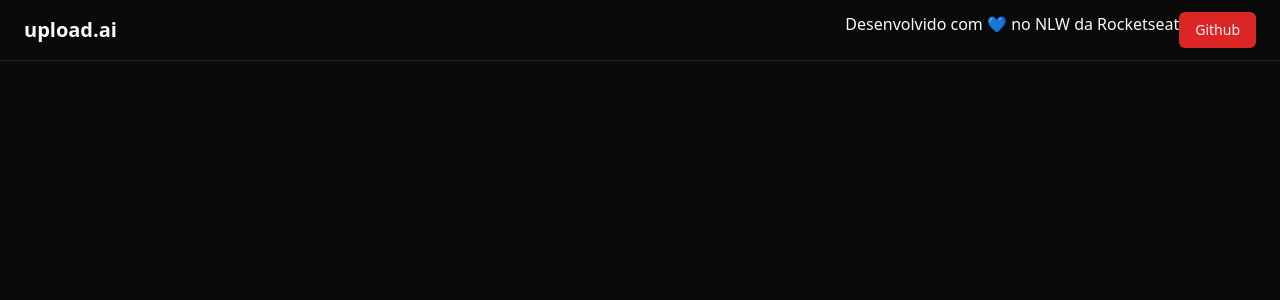
Repository: ricardolimati/upload-ai-web
Page: /
An editor plug-in stored every save of this project. The page is shown before and after a run of saves, followed by the edit.
The browser window is 1280 px wide. The pictures show the whole page.
The project was rebuilt for these pictures with package versions that can differ from the ones it lists, and the page was loaded fresh each time. Also part of the build but not shown: vite.config.ts.

Above is the page before, as saved 2023-09-11 23:08:44.

### src/App.tsx
import { Button } from "./components/ui/button";

export function App() {
  return(
   <div>
    <div className="px-6 py-3 flex items-center justify-between border-b">
      <h1 className="text-xl font-bold">upload.ai</h1>
      <div className="flex item">
        <span>Desenvolvido com 💙 no NLW da Rocketseat</span>
        <Button>Github</Button>
      </div>
    </div>
   </div>
  )
}

### src/index.css
@tailwind base;
@tailwind components;
@tailwind utilities;

@layer base {
  :root {
    --background: 0 0% 3.9%;
    --foreground: 0 0% 98%;
    --card: 0 0% 3.9%;
    --card-foreground: 0 0% 98%;
    --popover: 0 0% 3.9%;
    --popover-foreground: 0 0% 98%;
    --primary: 0 72.2% 50.6%;
    --primary-foreground: 0 85.7% 97.3%;
    --secondary: 0 0% 14.9%;
    --secondary-foreground: 0 0% 98%;
    --muted: 0 0% 14.9%;
    --muted-foreground: 0 0% 63.9%;
    --accent: 0 0% 14.9%;
    --accent-foreground: 0 0% 98%;
    --destructive: 0 62.8% 30.6%;
    --destructive-foreground: 0 0% 98%;
    --border: 0 0% 14.9%;
    --input: 0 0% 14.9%;
    --ring: 0 72.2% 50.6%;

    --radius: 0.5rem;
  }
}

@layer base {
  * {
    @apply border-border;
  }
  body {
    @apply bg-background text-foreground;
  }
}

### src/components/ui/button.tsx
import * as React from "react"
import { Slot } from "@radix-ui/react-slot"
import { cva, type VariantProps } from "class-variance-authority"

import { cn } from "@/lib/utils"

const buttonVariants = cva(
  "inline-flex items-center justify-center rounded-md text-sm font-medium transition-colors focus-visible:outline-none focus-visible:ring-1 focus-visible:ring-ring disabled:pointer-events-none disabled:opacity-50",
  {
    variants: {
      variant: {
        default:
          "bg-primary text-primary-foreground shadow hover:bg-primary/90",
        destructive:
          "bg-destructive text-destructive-foreground shadow-sm hover:bg-destructive/90",
        outline:
          "border border-input bg-transparent shadow-sm hover:bg-accent hover:text-accent-foreground",
        secondary:
          "bg-secondary text-secondary-foreground shadow-sm hover:bg-secondary/80",
        ghost: "hover:bg-accent hover:text-accent-foreground",
        link: "text-primary underline-offset-4 hover:underline",
      },
      size: {
        default: "h-9 px-4 py-2",
        sm: "h-8 rounded-md px-3 text-xs",
        lg: "h-10 rounded-md px-8",
        icon: "h-9 w-9",
      },
    },
    defaultVariants: {
      variant: "default",
      size: "default",
    },
  }
)

export interface ButtonProps
  extends React.ButtonHTMLAttributes<HTMLButtonElement>,
    VariantProps<typeof buttonVariants> {
  asChild?: boolean
}

const Button = React.forwardRef<HTMLButtonElement, ButtonProps>(
  ({ className, variant, size, asChild = false, ...props }, ref) => {
    const Comp = asChild ? Slot : "button"
    return (
      <Comp
        className={cn(buttonVariants({ variant, size, className }))}
        ref={ref}
        {...props}
      />
    )
  }
)
Button.displayName = "Button"

export { Button, buttonVariants }

Loaded but not shown: index.html (common file); src/main.tsx (common file); src/lib/utils.ts (common file); tailwind.config.js (common file)

After the next 4 saves:
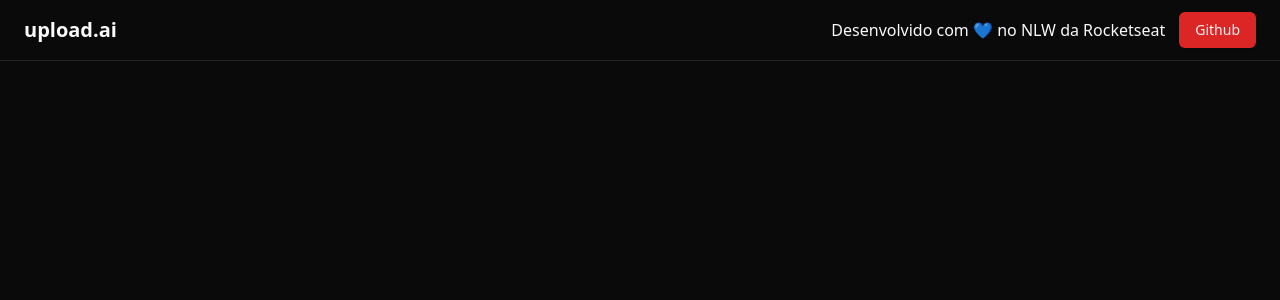
The 4 saves are shown as one change because they came seconds apart.
The last was saved 23 s later.
--- a/src/App.tsx
+++ b/src/App.tsx
@@ -5,7 +5,7 @@ export function App() {
    <div>
     <div className="px-6 py-3 flex items-center justify-between border-b">
       <h1 className="text-xl font-bold">upload.ai</h1>
-      <div className="flex item">
+      <div className="flex items-center gap-3.5">
         <span>Desenvolvido com 💙 no NLW da Rocketseat</span>
         <Button>Github</Button>
       </div>
